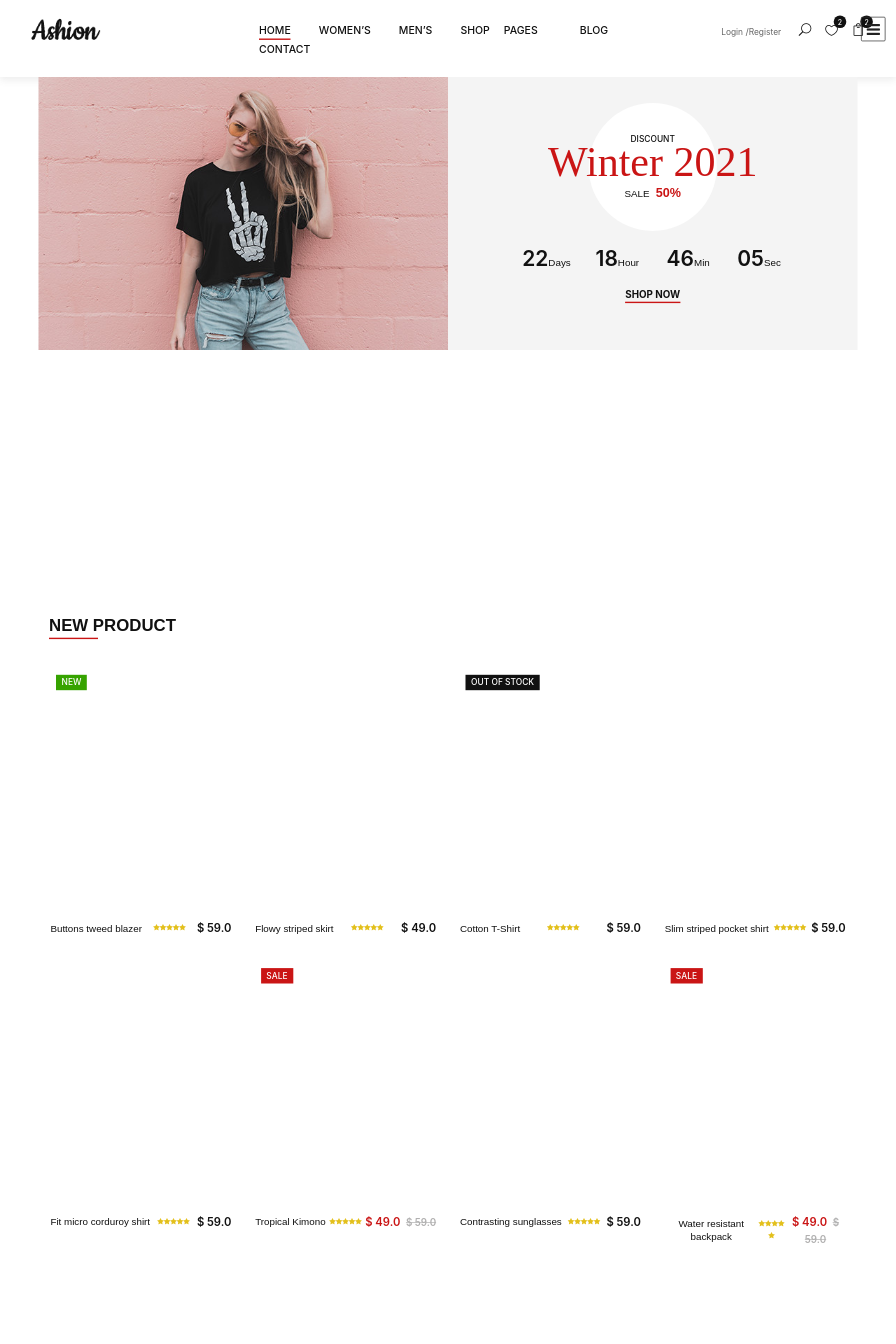
Repository: banchiec/shopping-fashion
Page: /
An editor plug-in stored every save of this project. The page is shown before and after a run of saves, followed by the edit.
The browser window is 1280 px wide. The pictures show the part of the page from y = 0 to 1920 px (the page is 2249 px tall before and 2749 px after), at 70% of full size.
The project was rebuilt for these pictures with package versions that can differ from the ones it lists, and the page was loaded fresh each time. Also part of the build but not shown: src/App.css, src/pages/Shop/Shop.js.

Above is the page before, as saved 2023-07-15 01:15:36.

After the next 2 saves:
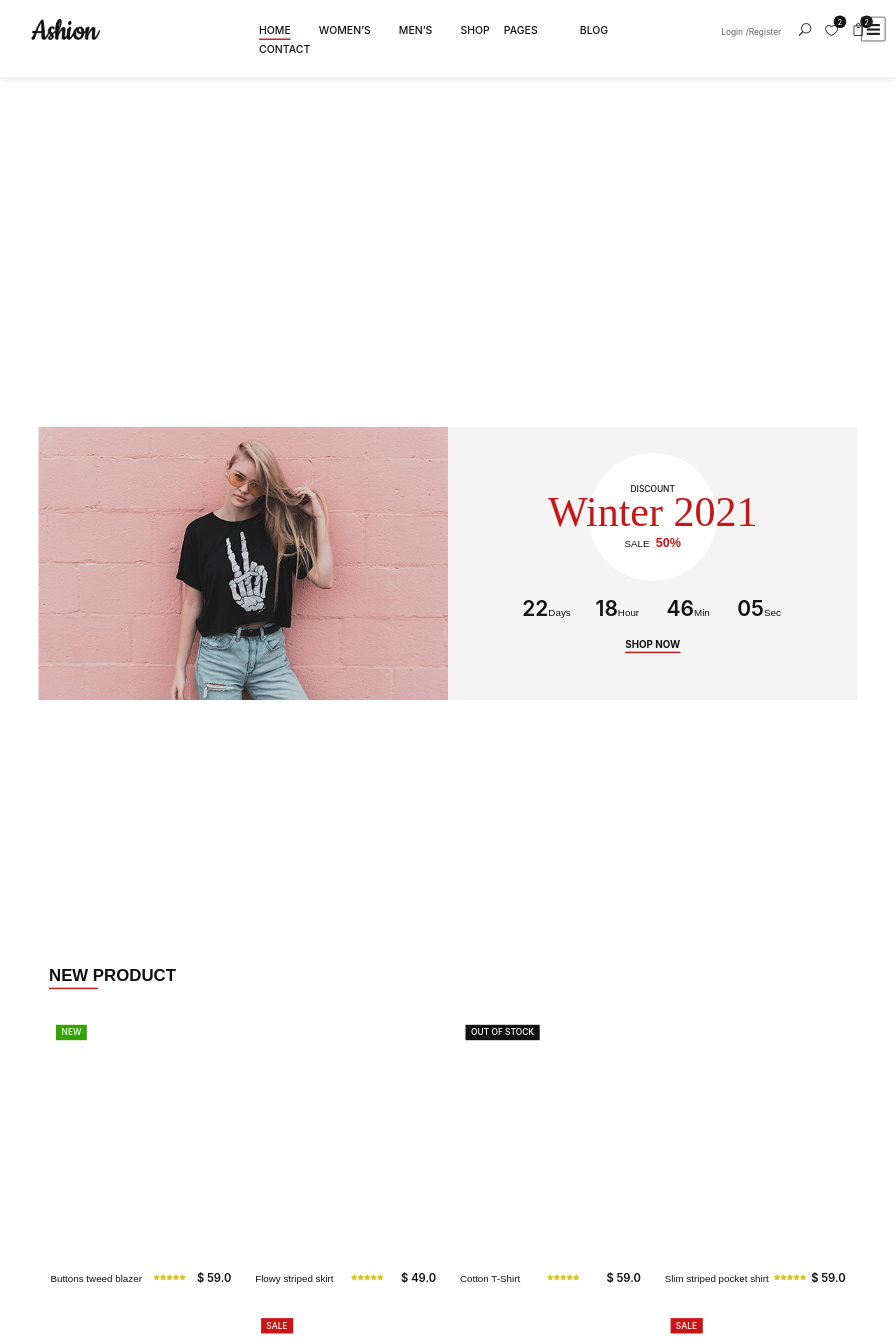
The 2 saves are shown as one change because 1 did not build or start.
The last was saved 56 s later.
--- a/src/components/CarouselSection/Carousel.jsx
+++ b/src/components/CarouselSection/Carousel.jsx
@@ -1,37 +1,37 @@
 const CarouselSection = (props) => {
 	return (
-		// <section className="banner">
-		<div className="container">
-			<div className="row">
-				<div className="col-xl-7 col-lg-8 m-auto">
-					<div className="banner__slider owl-carousel">
-						<div>
-							<div className="banner__text">
-								<span>The Chloe Collection</span>
-								<h1>The Project Jacket</h1>
-								<a href="#">Shop now</a>
+		<section className="banner">
+			<div className="container">
+				<div className="row">
+					<div className="col-xl-7 col-lg-8 m-auto">
+						<div className="banner__slider owl-carousel">
+							<div>
+								<div className="banner__text">
+									<span>The Chloe Collection</span>
+									<h1>The Project Jacket</h1>
+									<a href="#">Shop now</a>
+								</div>
 							</div>
-						</div>
-						<div>
-							<div className="banner__text">
-								<span>The Chloe Collection</span>
-								<img src="assets/img/banner/banner-1.jpg" alt="banner" />
-								<h1>The Project Jacket </h1>
-								<a href="#">Shop now</a>
+							<div>
+								<div className="banner__text">
+									<span>The Chloe Collection</span>
+									<img src="assets/img/banner/banner-1.jpg" alt="banner" />
+									<h1>The Project Jacket </h1>
+									<a href="#">Shop now</a>
+								</div>
 							</div>
-						</div>
-						<div>
-							<div className="banner__text">
-								<span>The Chloe Collection</span>
-								<h1>The Project Jacket</h1>
-								<a href="#">Shop now</a>
+							<div>
+								<div className="banner__text">
+									<span>The Chloe Collection</span>
+									<h1>The Project Jacket</h1>
+									<a href="#">Shop now</a>
+								</div>
 							</div>
 						</div>
 					</div>
 				</div>
 			</div>
-		</div>
-		// </section>
+		</section>
 	)
 }
 
